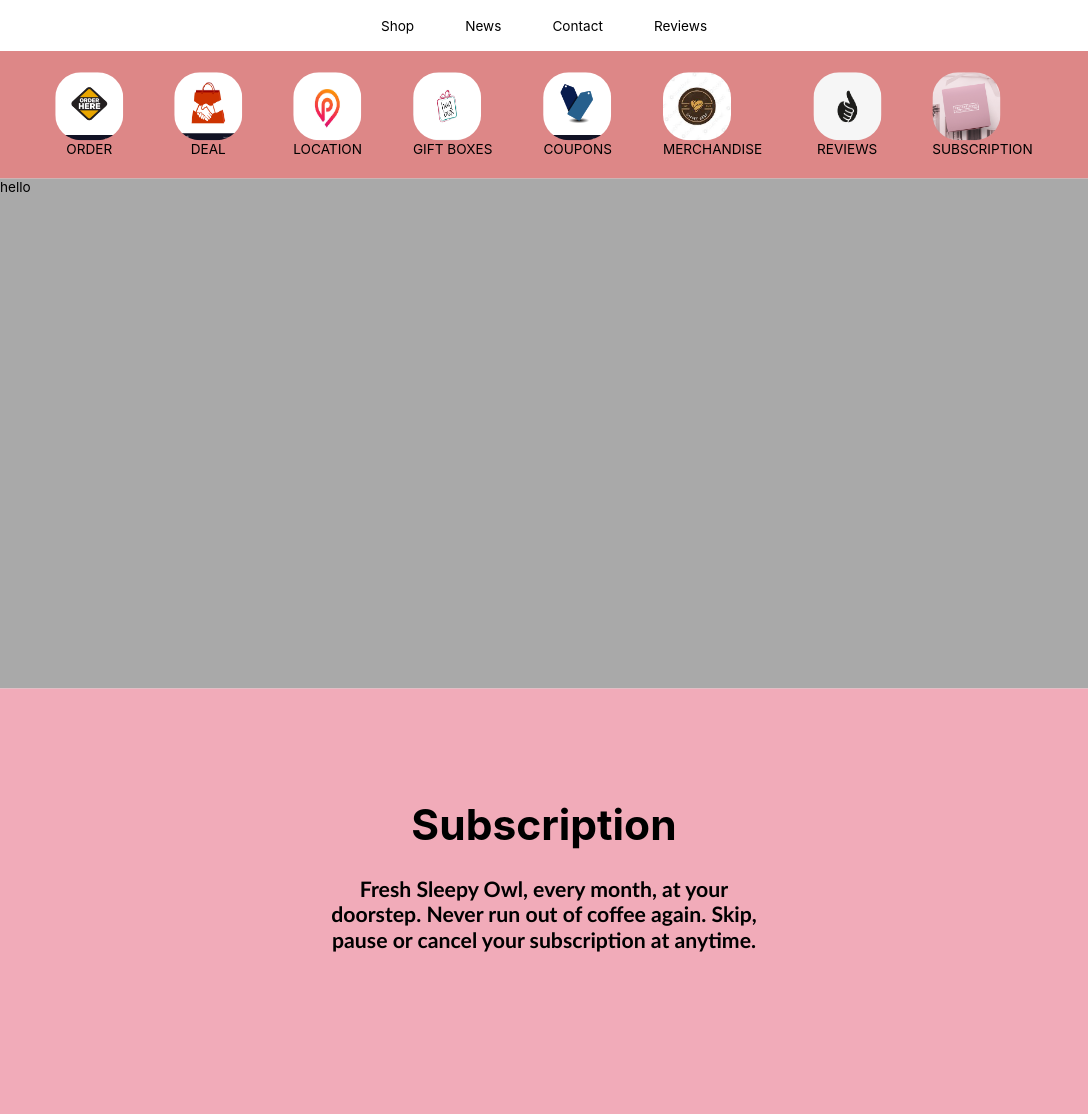
Repository: tusharpasricha/owlsomecoffee
Page: /
These files come from the project's save history. The page is drawn as it stood at one moment and after the next save; the edit follows.
The browser window is 1280 px wide. The pictures show the whole page, at 85% of full size.
The project was rebuilt for these pictures with package versions that can differ from the ones it lists, and the page was loaded fresh each time.

Above is the page before, as saved 2021-09-27 10:38:08.

### src/App.js

//import './App.css';
import Navbar from './components/navbar';
import Bar from './components/bar';
import Subs from './components/subscription';
import Review from './components/review';

function App() {
  return (
    <div className="App">
     <Navbar></Navbar>
     <Bar></Bar>
     <Review></Review>
     <Subs></Subs>

    </div>
  );
}

export default App;

### src/components/navbar.js
import React from 'react'
import './navbar.css'

const Navbar = () => {
    return (
    <div className="nav">
<ul className="options">
  <li><a href="default.asp">Shop</a></li>
  <li><a href="news.asp">News</a></li>
  <li><a href="contact.asp">Contact</a></li>
  <li><a href="about.asp">Reviews</a></li>
</ul>
    </div>
    )
}

export default Navbar

### src/components/bar.js
import React from 'react';
import {Link} from 'react-scroll';
import './bar.css';
import order from './order.jpg';
import deal from './deal.jpg';
import location from './location.jpg';
import coupon from './coupon.jpg';
import gift from './gift.jpg';
import review from './review.jpg';
import subscription from './subscription.png';
import logo from './logo.jfif';

const Bar = () => {
    return (
        <div className="bar">
<ul>
  <li> <img src={order}></img> <a href="default.asp">ORDER</a></li>
  <li><img src={deal}></img> <a href="news.asp">DEAL</a></li>
  <li><img src={location}></img> <a href="contact.asp">LOCATION</a></li>
  <li><img src={gift}></img> <a href="about.asp">GIFT BOXES</a></li>
  <li><img src={coupon}></img> <a href="about.asp">COUPONS</a></li>
  <li><img src={logo}></img> <a href="about.asp">MERCHANDISE</a></li>
  <li><img src={review}></img> <a href="about.asp">REVIEWS</a></li>
  <li><img src={subscription}></img> <Link to="subs" smooth={true} duration={1000}>SUBSCRIPTION</Link></li>

</ul>
        </div>
    )
}

export default Bar

### src/components/subscription.js
import React from 'react'
import './subscription.css';

const Subs = () => {
    return (
        <div className="subs" id="subs">
        <section>
        <h1>Subscription</h1>
        <p>Fresh Sleepy Owl, every month, at your doorstep. Never run out of coffee again. Skip, pause or cancel your subscription at anytime.</p>
        </section>

        </div>
    )
}

export default Subs

### src/components/review.js
import React from 'react';
import './review.css';

const Review = () => {
    return (
        <div className="review">
            hello
        </div>
    )
}

export default Review

### src/components/navbar.css
*{
    margin: 0%;

}
.nav{
    background-color: rgb(255, 255, 255);
    display: flex;
    justify-content: center;
    height: 60px;
    align-items: center;
}
ul{

     display: flex;
     list-style-type: none;
     justify-content: center;
     padding: 2px;
 }
 li{
     padding-right: 40px;
     padding-left: 40px;
 }
 a{
     text-decoration: none;
     color: black;
 }

### src/components/bar.css
*{
    margin: 0%;

}
.bar{
    background-color: rgba(209, 94, 94, 0.74);
    display: flex;
    justify-content: center;
    height: 150px;
    align-items: center;
}
ul{

     display: flex;
     list-style-type: none;
     justify-content: center;
     padding: 2px;
 }
 li{
     display: flex;
     flex-direction: column;
     padding-right: 30px;
     padding-left: 30px;
     text-align: center;

 }
 a{
     text-decoration: none;
     color: black;
 }
img{

    height: 80px;
    width: 80px;
    border-radius: 30px;
}

### src/components/subscription.css
.subs{
    display: flex;
    justify-content: center;
    background-color: rgb(241, 171, 185);
    height: 500px;
}
section{

    flex-direction: column;
    padding: 100px;
    width: 40%;

}
h1{
    font-size: 50px;
    text-align: center;
    font-weight: bolder;
    padding: 30px;
}
p{
    font-family: 'Trebuchet MS', 'Lucida Sans Unicode', 'Lucida Grande', 'Lucida Sans', Arial, sans-serif;
    text-align: center;
    font-weight: bold;
    font-size: 25px;
}

### src/components/review.css
.review{
    background-color: darkgray;
    height: 600px;
}

Loaded but not shown: public/index.html (common file); src/index.js (common file); src/index.css (common file)

After the next save:
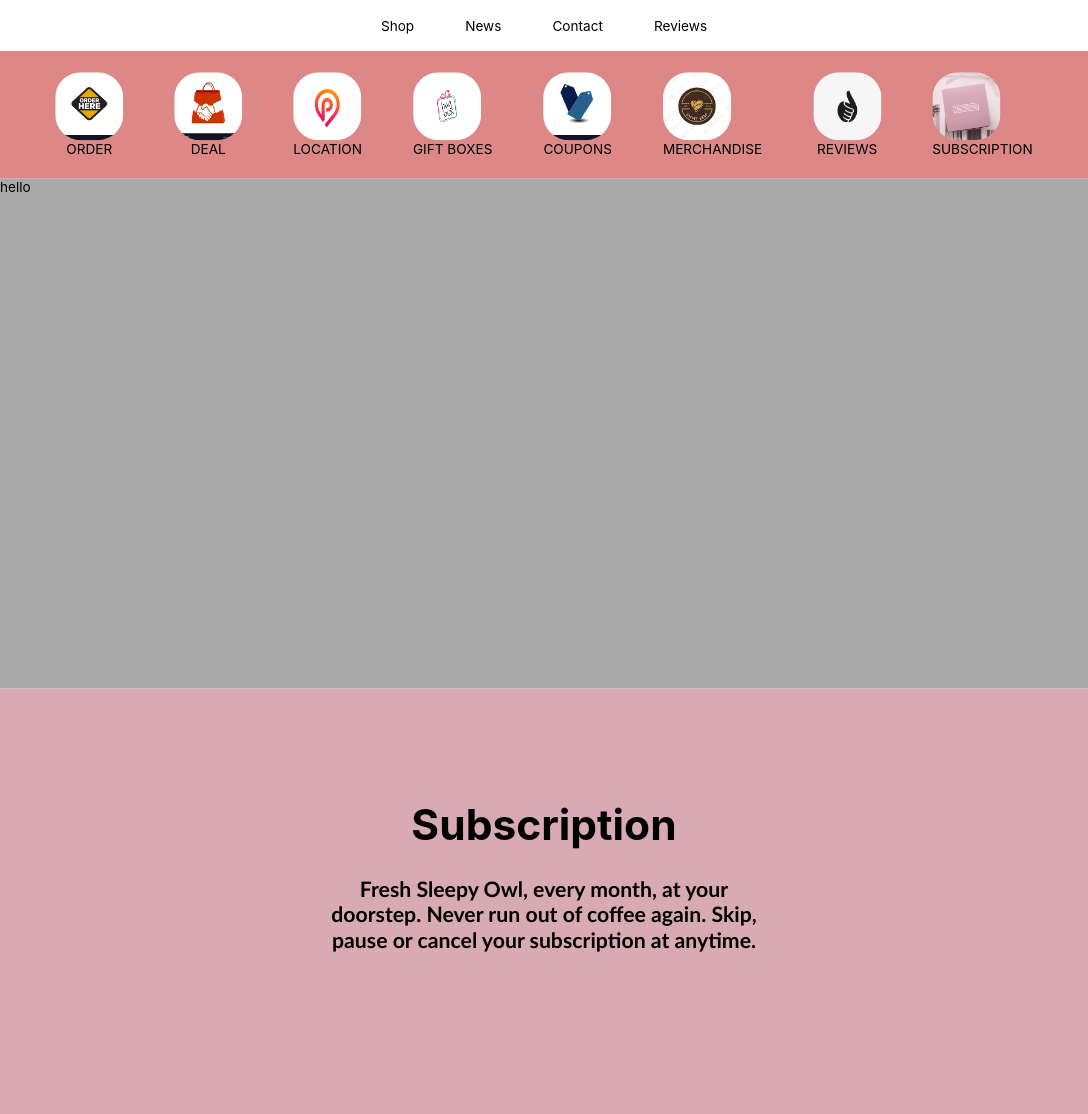
Saved 5 s later.
--- a/src/components/subscription.css
+++ b/src/components/subscription.css
@@ -1,7 +1,7 @@
 .subs{
     display: flex;
     justify-content: center;
-    background-color: rgb(241, 171, 185);
+    background-color: rgb(216, 170, 179);
     height: 500px;
 }
 section{

After the save that followed:
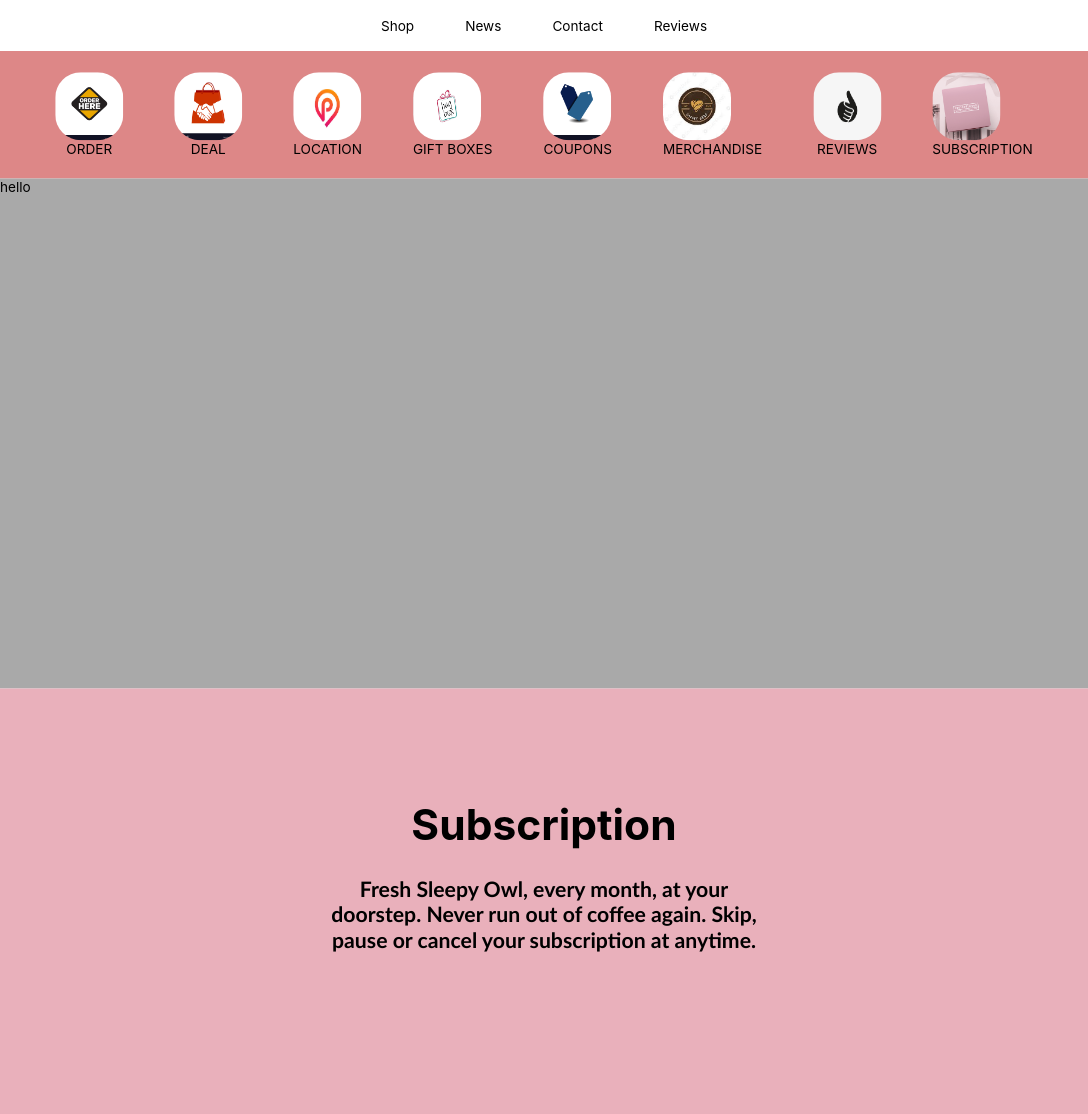
Saved 4 s later.
--- a/src/components/subscription.css
+++ b/src/components/subscription.css
@@ -1,7 +1,7 @@
 .subs{
     display: flex;
     justify-content: center;
-    background-color: rgb(216, 170, 179);
+    background-color: rgb(233, 176, 187);
     height: 500px;
 }
 section{
